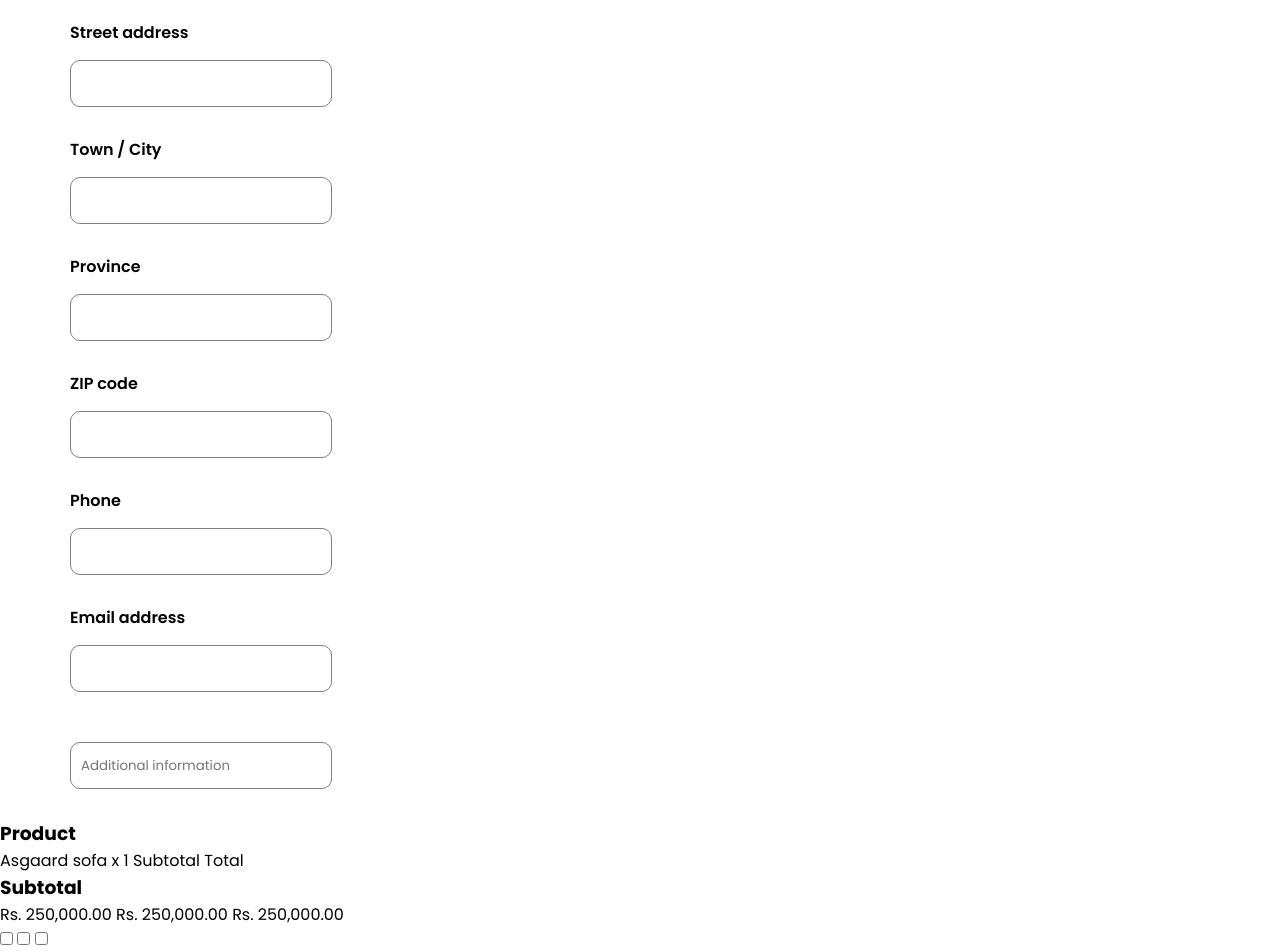
Repository: DT2301/project
Page: checkout.html
An editor plug-in stored every save of this project. The page is shown before and after a run of saves, followed by the edit.
The browser window is 1280 px wide. The pictures show the part of the page from y = 802 to 1754 px (the page is 1754 px tall).
A picture or video elsewhere on the page could not be fetched, so the positions and the page height are approximate.

Above is the page before, as saved 2024-01-08 09:57:45.

After the next 2 saves:
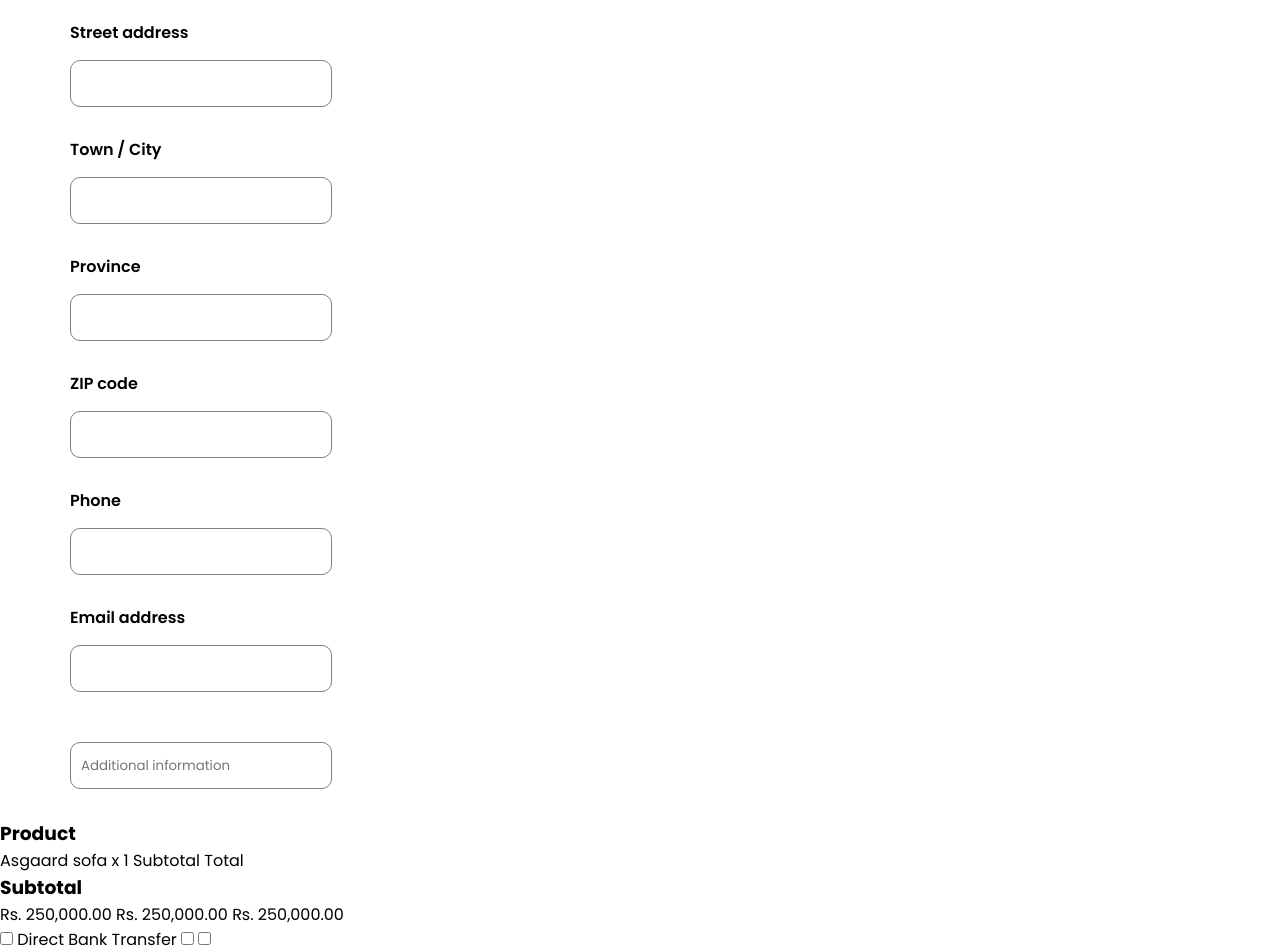
The 2 saves are shown as one change because they came seconds apart.
The last was saved 27 s later.
--- a/checkout.html
+++ b/checkout.html
@@ -145,6 +145,7 @@
             <div>
                 <span>
                     <input type="checkbox" name="" id="">
+                    <label>Direct Bank Transfer</label>
                 </span>
                 <span>
                     <input type="checkbox" name="" id="">
